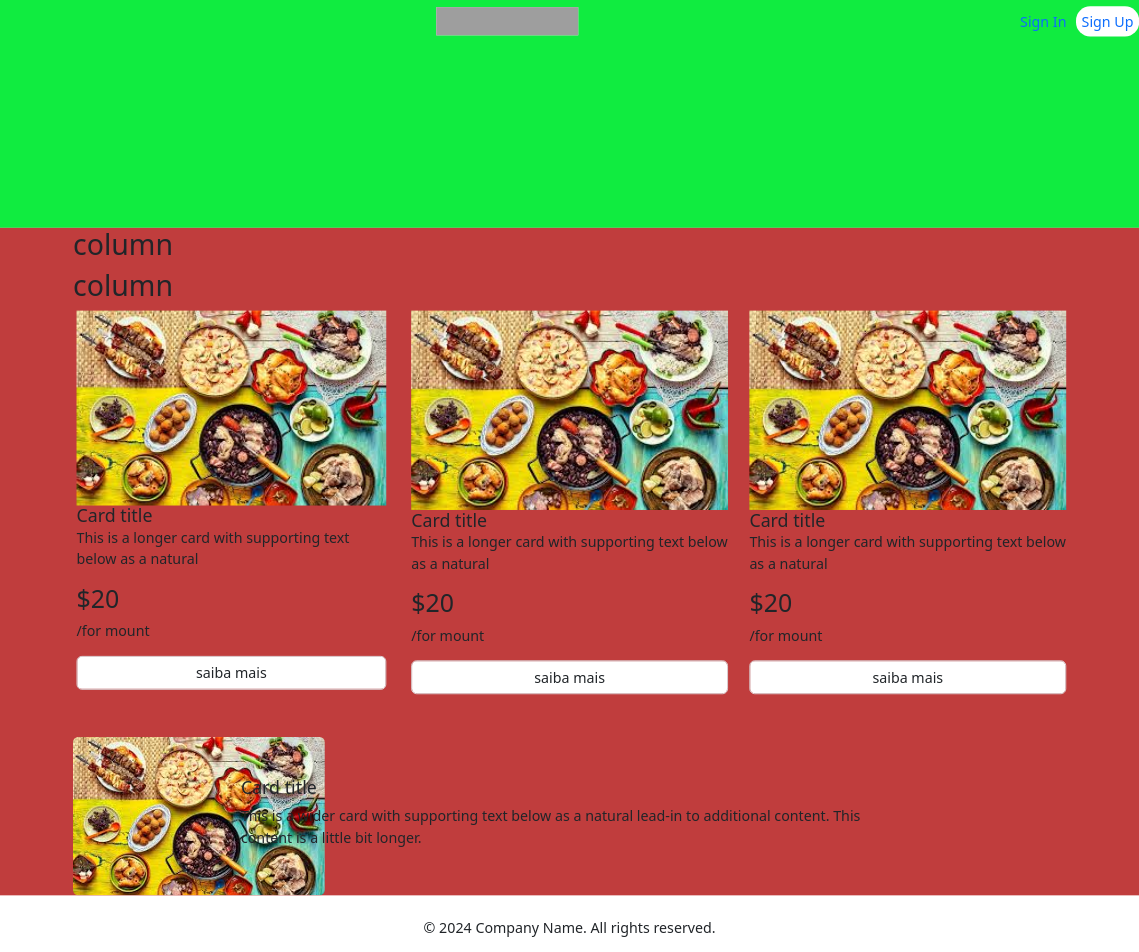
Repository: Joao-Rafael-mob/repoCurso
Page: index.html
These files come from the project's save history. The page is drawn as it stood at one moment and after the next save; the edit follows.
The browser window is 1280 px wide. The pictures show the whole page, at 89% of full size.
Pictures or frames that could not be fetched are drawn as grey boxes.

Above is the page before, as saved 2024-09-27 09:19:50.

### index.html
<!DOCTYPE html>
<html lang="en">
  <head>
    <meta charset="UTF-8" />
    <meta name="viewport" content="width=device-width, initial-scale=1.0" />
    <title>Document</title>
    <link rel="stylesheet" href="styles.css" />
    <link
      href="https://cdn.jsdelivr.net/npm/bootstrap@5.3.3/dist/css/bootstrap.min.css"
      rel="stylesheet"
      integrity="sha384-QWTKZyjpPEjISv5WaRU9OFeRpok6YctnYmDr5pNlyT2bRjXh0JMhjY6hW+ALEwIH"
      crossorigin="anonymous"
    />
  </head>

  <body>
    <div class="imagem-fundo">
      <nav class="navbar">
        <img src="logo.png" alt="Logo" />
        <div class="nav-links">
          <a href="#" class="nav-link1">Sign In</a>
          <a href="#" class="nav-link2">Sign Up</a>
        </div>
      </nav>
    </div>
    <main>
      <div class="container">
        <div class="row row-cols-1">
          <div class="col h2">column</div>
          <div class="col h2">column</div>
        </div>
        <div class="row row-cols-1 row-cols-md-3 g-4">
          <div class="col px-3">
            <div>
              <img src="banner.jpeg" class="card-img-top" alt="" />
              <div class="card-body">
                <h5 class="card-title">Card title</h5>
                <p class="" style="max-height: 4rem; overflow: hidden">
                  This is a longer card with supporting text below as a natural
                </p>

                <h3>$20</h3>
                <p>/for mount</p>

                <button class="form-control">saiba mais</button>
              </div>
            </div>
          </div>
          <div class="col">
            <div>
              <img src="banner.jpeg" class="card-img-top" alt="" />
              <div class="card-body">
                <h5 class="card-title">Card title</h5>
                <p class="" style="max-height: 4rem; overflow: hidden">
                  This is a longer card with supporting text below as a natural
                </p>
                <div>
                  <h3>$20</h3>
                  <p>/for mount</p>

                  <button class="form-control">saiba mais</button>
                </div>
              </div>
            </div>
          </div>
          <div class="col">
            <div>
              <img src="banner.jpeg" class="card-img-top" alt="" />
              <div class="card-body">
                <h5 class="card-title">Card title</h5>
                <p class="" style="max-height: 4rem; overflow: hidden">
                  This is a longer card with supporting text below as a natural
                </p>
                <div>
                  <h3>$20</h3>
                  <p>/for mount</p>

                  <button class="form-control">saiba mais</button>
                </div>
              </div>
            </div>
          </div>
        </div>
      </div>

      <div class="container mt-5">
        <div class="mb-4">
          <div class="row g-3 align-items-center">
            <div class="col-md-2">
              <img src="banner.jpeg" class="rounded float-start" alt="" />
            </div>
            <div class="col-md-8">
              <div class="mt-2">
                <h5>Card title</h5>
                <p>
                  This is a wider card with supporting text below as a natural
                  lead-in to additional content. This content is a little bit
                  longer.
                </p>
              </div>
            </div>
          </div>
        </div>
      </div>
    </main>

    <footer class="text-center mt-4">
      <p>&copy; 2024 Company Name. All rights reserved.</p>
    </footer>

    <script
      src="https://cdn.jsdelivr.net/npm/bootstrap@5.3.3/dist/js/bootstrap.bundle.min.js"
      integrity="sha384-YvpcrYf0tY3lHB60NNkmXc5s9fDVZLESaAA55NDzOxhy9GkcIdslK1eN7N6jIeHz"
      crossorigin="anonymous"
    ></script>
  </body>
</html>

### styles.css
.imagem-fundo {
    background-color: rgb(16, 236, 64);
    background-position: center;
    color: white;
    width: 100%;
    min-height: 16rem;
}

.imagem-fundo .navbar img {
    background-color: rgb(255, 255, 255);
    margin: auto;
    width: 10rem;
    height: 2rem;
}

.imagem-fundo .navbar a {
    text-decoration: none;
    font-size: medium;
    padding: 0.4rem;
}

.imagem-fundo .navbar .nav-link2 {
    background-color: rgb(255, 255, 255);
    border-radius: 1rem;
}

.imagem-fundo .address {
    width: 50%;
    padding-top: 3rem;
    margin: auto;
}

.imagem-fundo .address a {
    width: 50%;
    margin: auto;
    text-decoration: none;
}

main  {
    background-color: rgb(192, 61, 61);

}

After the next save:
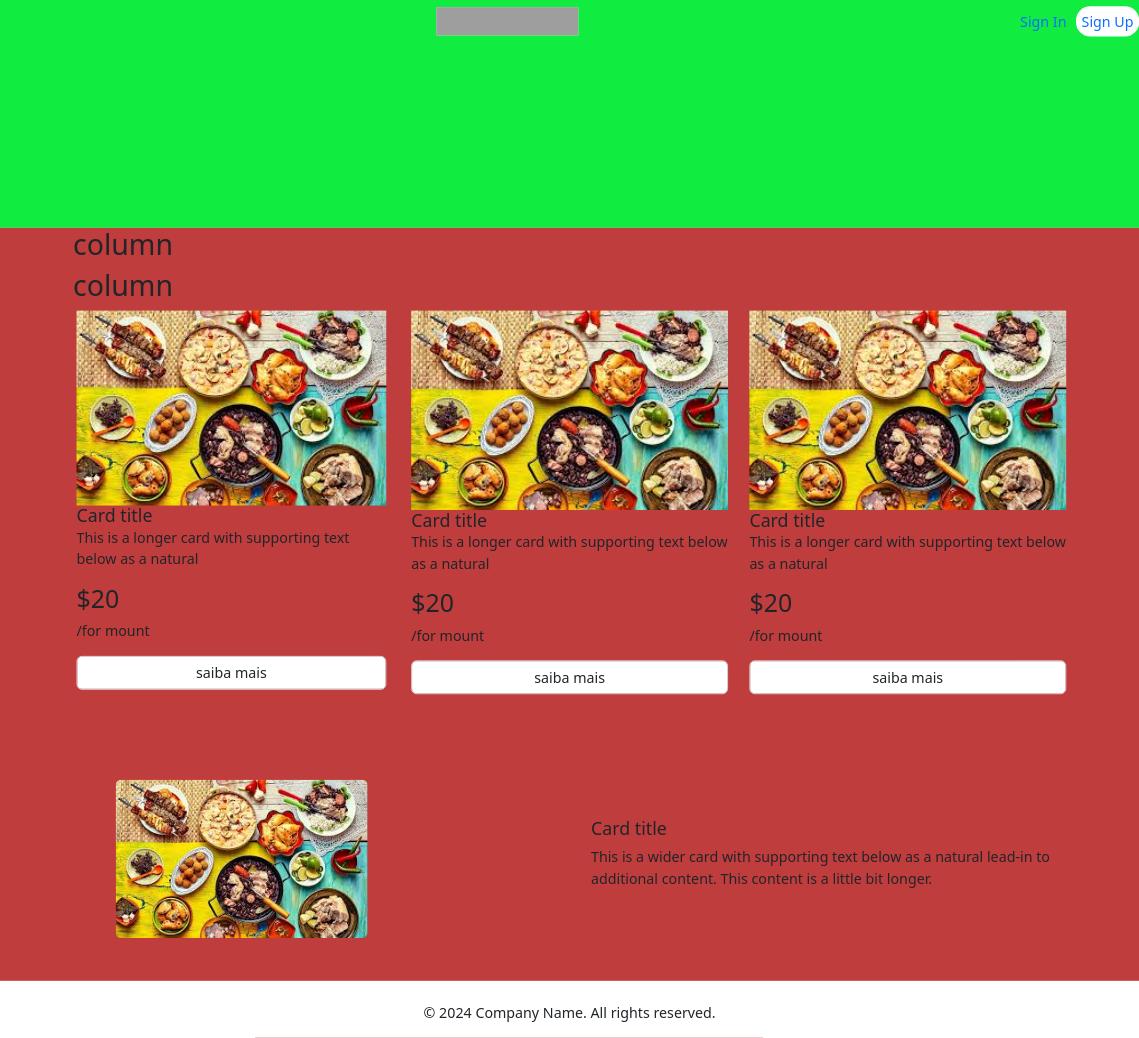
Saved 16 min 1 s later.
--- a/index.html
+++ b/index.html
@@ -84,13 +84,13 @@
       </div>
 
       <div class="container mt-5">
-        <div class="mb-4">
-          <div class="row g-3 align-items-center">
-            <div class="col-md-2">
+        <div class="py-5">
+          <div class="row g-0 align-items-center">
+            <div class="col ms-5">
               <img src="banner.jpeg" class="rounded float-start" alt="" />
             </div>
-            <div class="col-md-8">
-              <div class="mt-2">
+            <div class="col ">
+              <div class="mt-1">
                 <h5>Card title</h5>
                 <p>
                   This is a wider card with supporting text below as a natural
